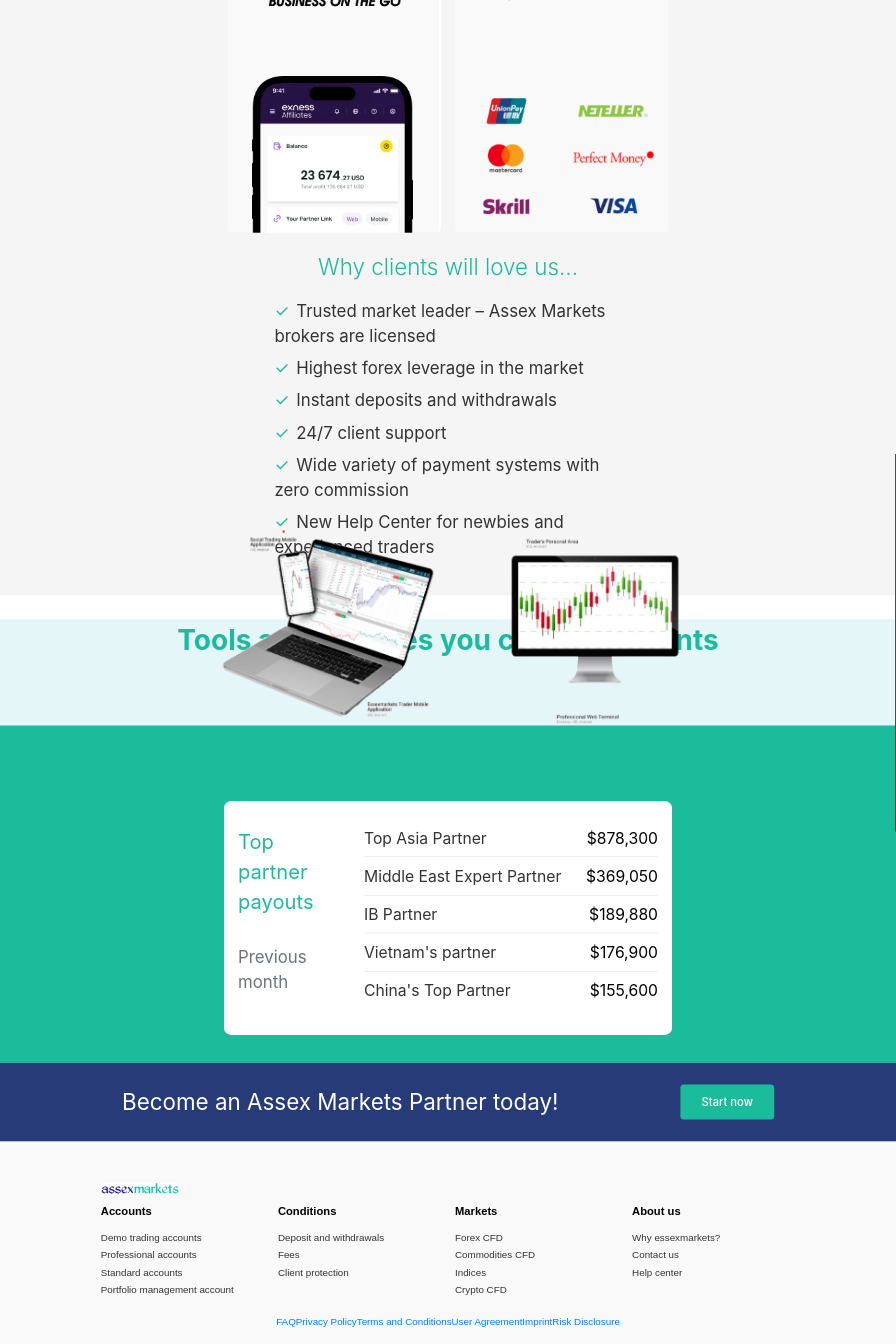
Repository: RevenewMarketing/Assex
Page: /partner
An editor plug-in stored every save of this project. The page is shown before and after the next save, followed by the edit.
The browser window is 1280 px wide. The pictures show the part of the page from y = 2898 to 4818 px (the page is 5049 px tall), at 70% of full size.
The project was rebuilt for these pictures with package versions that can differ from the ones it lists, and the page was loaded fresh each time. Also part of the build but not shown: vite.config.ts, src/pages/home/sections/HeroSection.module.css, src/pages/home/sections/HeroSection.tsx, src/pages/home/sections/Section2.tsx, src/pages/home/sections/Section3.tsx, src/pages/home/sections/Section4.tsx, src/pages/home/sections/Section5.tsx, src/pages/home/sections/Section6.tsx and 10 more.

Above is the page before, as saved 2024-11-28 01:38:13.

### index.html
<!doctype html>
<html lang="en">
  <head>
    <meta charset="UTF-8" />
    <link rel="icon" type="image/svg+xml" href="/vite.svg" />
    <meta name="viewport" content="width=device-width, initial-scale=1.0" />
    <title>Assex</title>
  </head>
  <body>
    <div id="root"></div>
    <script type="module" src="/src/main.tsx"></script>
  </body>
</html>

### src/index.css
:root {
  font-family: Inter, system-ui, Avenir, Helvetica, Arial, sans-serif;
  line-height: 1.5;
  font-weight: 400;
  color-scheme: light dark;
  color: rgba(255, 255, 255, 0.87);
  background-color: #ffffff;
  font-synthesis: none;
  max-width: 1920px;
  margin: auto;
  text-rendering: optimizeLegibility;
  -webkit-font-smoothing: antialiased;
  -moz-osx-font-smoothing: grayscale;
}

a {
  font-weight: 500;
  color: #646cff;
  text-decoration: inherit;
}

a:hover {
  color: #535bf2;
}

body {
  margin: 0;
  display: flex;
  place-items: center;
  min-width: 320px;
  min-height: 100vh;
  background-color: #FFF;
  /* align-content: center; */
  flex-direction: column;
  justify-content: flex-start;
}

h1 {
  font-size: 3.2em;
  line-height: 1.1;
}

button {
  border-radius: 8px;
  border: 1px solid transparent;
  padding: 0.6em 1.2em;
  font-size: 1em;
  font-weight: 500;
  font-family: inherit;
  background-color: #1a1a1a;
  cursor: pointer;
  transition: border-color 0.25s;
}

button:hover {
  border-color: #646cff;
}

button:focus,
button:focus-visible {
  outline: 4px auto -webkit-focus-ring-color;
}

@media (prefers-color-scheme: light) {
  :root {
    color: #213547;
    background-color: #ffffff;
  }

  a:hover {
    color: #747bff;
  }

  button {
    background-color: #f9f9f9;
  }
}

### src/App.tsx

import './App.css'
// import Navigation from './pages/home/Navigation'
import NavigationMenu from './components/navigation-menu/NavigationMenu'

import { BrowserRouter, Route, Routes } from 'react-router';
import Home from './pages/home/Home';
import Footer from './components/footer-section/Footer';
import About from './pages/about/About';
import Partner from './pages/partner/Partner';

function App() {

  return (
    <>
    <BrowserRouter>
    <NavigationMenu />
    <Routes>
      <Route path="/" element={<Home />} />
      <Route path="/about" element={<About />} />
      <Route path="/partner" element={<Partner />} />
      {/* Define other routes */}
    </Routes>
    <Footer />
  </BrowserRouter>


    </>
  )
}

export default App

### src/App.css
#root {
  max-width: 1920px;
  width: 100%;
  margin: 0 auto;
  padding: 0;
  text-align: center;
}

.logo {
  height: 6em;
  padding: 1.5em;
  will-change: filter;
  transition: filter 300ms;
}
.logo:hover {
  filter: drop-shadow(0 0 2em #646cffaa);
}
.logo.react:hover {
  filter: drop-shadow(0 0 2em #61dafbaa);
}

@keyframes logo-spin {
  from {
    transform: rotate(0deg);
  }
  to {
    transform: rotate(360deg);
  }
}

@media (prefers-reduced-motion: no-preference) {
  a:nth-of-type(2) .logo {
    animation: logo-spin infinite 20s linear;
  }
}

.card {
  padding: 2em;
}

.read-the-docs {
  color: #888;
}

/* Auth Buttons */
.authButtons {
  /* margin-left: auto; */
  display: flex;
  gap: 10px;
}

### src/pages/partner/Partner.tsx
import Section1 from "./sections/Section1"
import Section2 from "./sections/Section2"
import Section3 from "./sections/Section3"
import Section4 from "./sections/Section4"


const Partner = () => {
  return (
    <div>
      <Section1 />
      <Section2 />
      <Section3 />
      <Section4 />
    </div>
  )
}

export default Partner

### src/components/navigation-menu/NavigationMenu.module.css
.navigationContainer {
  position: relative;
  font-family: Arial, sans-serif;
}

/* Navigation Bar */
.navigationBar {
  position: fixed;
  top: 0;
  left: 0;
  width: 100%;
  display: flex;
  background-color: #ffffff;
  padding: 10px 20px;
  box-sizing: border-box;
  z-index: 1001;
  justify-content: center;
}

/* Menu Item Container */
.menuItemContainer {
  margin-right: 20px;
}

/* Menu Items */
.menuItem {
  background: none;
  border: none;
  color: rgb(34, 34, 34);
  font-size: 16px;
  cursor: pointer;
  transition: opacity 0.3s;
}

.menuItem:hover {
  opacity: 0.7;
}

.active {
  opacity: 0.5;
}



.languageSelector {
  margin-left: 20px;
  display: flex;
  align-items: center;
  font-size: 14px;
  color: #000000d8;
  cursor: pointer;
}

.globeIcon {
  margin-right: 5px;

}

/* Submenu */
.submenu {
  position: fixed;
  top: 50px;
  left: 0;
  width: 100%;
  height: 300px;
  background-color: #ffffff;
  box-shadow: 0 4px 8px rgba(0, 0, 0, 0.2);
  padding: 20px;
  box-sizing: border-box;
  z-index: 1000;
  opacity: 0;
  transform: translateY(-100%);
}

.submenuContent {
  display: flex
  ;
      justify-content: flex-start;
      gap: 10dvw;
      padding: 0 5dvw;
}

.submenuSection h4 {
  color: #0000003d;
}

.submenuSection {
  text-align: left;
}

.submenuSection a {
  color: #000000;
  text-decoration: none;
  cursor: pointer;
  transition: color 0.3s;
}

.submenuSection a:hover {
  color: #00b074;
  transition: color 0.3s;
}

/* Fade In Animation */
.fadeIn {
  animation: slide-in-top 0.3s cubic-bezier(0.25, 0.46, 0.45, 0.94) forwards;
}

@keyframes slide-in-top {
  0% {
    transform: translateY(-100%);
    opacity: 0;
  }
  100% {
    transform: translateY(0);
    opacity: 1;
  }
}

/* Fade Out Animation */
.fadeOut {
  animation: slide-out-top 0.3s cubic-bezier(0.25, 0.46, 0.45, 0.94) forwards;
}

@keyframes slide-out-top {
  0% {
    transform: translateY(0);
    opacity: 1;
  }
  100% {
    transform: translateY(-100%);
    opacity: 0;
  }
}

/* Overlay */
.overlay {
  position: fixed;
  top: 50px;
  left: 0;
  width: 100%;
  height: calc(100% - 50px);
  background: rgba(0, 0, 0, 0.5);
  z-index: 999;
  opacity: 0;
  visibility: hidden;
  transition: opacity 0.3s ease, visibility 0.3s ease;
}

.fadeInOverlay {
  opacity: 1;
  visibility: visible;
  backdrop-filter: blur(5px);
}

.fadeOutOverlay {
  opacity: 0;
  visibility: hidden;
}

/* Page Content */
.pageContent {
  /* padding: 80px 20px 20px 20px; */
  transition: opacity 0.3s;
}

.dimmed {
  opacity: 0.3;
}

### src/components/ReusableButton.tsx

import styles from './GlobalComponentStyles.module.css';

type Props = {
  link?: string;
  text: string;
  type: 'register' | 'sign-in' | 'logout' | 'profile' | 'settings' | 'help' | 'free-trial' | 'learn-more' | 'dark' | 'light';
};

export default function ReusableButton({ link, text, type }: Props) {
  return (
      <button
      style={{
        backgroundColor: type === 'register' ? '#19BC9C' :
        type === 'sign-in' ? '#F4F6F7' :
        type === 'logout' ? '#FF6347' :
        type === 'profile' ? '#FFA07A' :
        type === 'settings' ? '#FF7F50' :
        type === 'help' ? '#FFA500' :
        type === 'free-trial' ? '#FFD700' :
        type === 'learn-more' ? '#FF4500' :
        type === 'dark' ? '#4C4B4D' :
        type === 'light' ? '#fff' : '#000',
        color: type === 'dark' ? '#fff' : '#000'
      }}
        className={styles.registerButton}
        onClick={() => window.open(link, '_blank')}
      >{text}
      </button>

  );
}

### src/components/footer-section/FooterStyles.module.css
.footerContainer {
  background-color: #f9f9f9;
  color: #333;
  padding: 60px 20px;
  font-family: Arial, sans-serif;
  font-size: 14px;
  line-height: 1.8;
}

.footerContainer h4 {
  font-size: 16px;
  font-weight: bold;
  margin-bottom: 10px;
  color: #000;
  text-align: left;
  margin-top: 0;
}

.footerContainer ul {
  list-style-type: none;
  padding: 0;
  margin: 0;
  text-align: left;
}

.footerContainer ul li {
  margin-bottom: 0px;
  cursor: pointer;
}

.footerContainer ul li:hover {
  color: #00b894;
}

.footerContainer .columnsContainer {
  display: flex;
  justify-content: space-between;
  gap: 20px;
  flex-wrap: wrap;
  margin-bottom: 40px;
  width: 80%;
  margin: auto;
}

.footerContainer .columnsContainer>div {
  flex: 1;
  min-width: 180px;
  /* Ensures alignment and proper spacing */
}



.footerContainer .linksContainer {
  text-align: center;
  margin: 20px 0 30px;
}

.footerContainer .linksContainer a {
  color: #007bff;
  text-decoration: none;
  margin: 0px;
  font-size: 14px;
}

.footerContainer .linksContainer a:hover {
  text-decoration: underline;
}

.footerContainer .details {
  font-size: 12px;
  color: #666;
  line-height: 1.5;
  margin: 20px auto;
  text-align: center;
  width: 90%;
}

.footerContainer .details p {
  margin-bottom: 15px;
}

.footerContainer .logoContainer {
  text-align: left;
  margin: auto;
  width: 80%;
}

.footerContainer .logoContainer img {
  max-width: 150px;
}

.footerContainer .copyright {
  text-align: center;
  font-size: 14px;
  margin-top: 30px;
}

.details p {
  margin: 0 !important;
}

### src/pages/partner/sections/Section1.tsx
import styles from './Section1.module.css';
import backgroundImage from '../../../assets/pages/Partner/1-hero-banner-partner.jpg';

const section1Content = {
  title: "ASSEX MARKETS PARTNERSHIP PROGRAMS",
  description: "Earn a stable income by introducing clients to a global market leader",
  backgroundImage: backgroundImage, // Replace with your background image path
  buttonLink: "https://my.assexmarkets.com/auth/register",
};

const Section1: React.FC = () => {
  return (
    <section
      style={{
        backgroundImage: `url(${section1Content.backgroundImage})`,
      }}
      className={styles.section1}
    >
      <div className={styles.overlay}></div>
      <div className={styles.content}>
        <h1 className={styles.title}>{section1Content.title}</h1>
        <p className={styles.description}>{section1Content.description}</p>
        <button onClick={
          () => {
            window.open(section1Content.buttonLink, "_blank");
        }} className={styles.startButton}>Start now</button>
      </div>
      <div className={styles.details}>
        <p>2000 Partners</p>
        <p>$12 Million Paid to the partners</p>
        <p>$110K Top partner payout per month</p>
      </div>
    </section>
  );
};

export default Section1;

### src/pages/partner/sections/Section2.tsx

import styles from './Section2.module.css';
import box1 from '../../../assets/pages/Partner/2-section1-icon1.png';
import box2 from '../../../assets/pages/Partner/2-section1-icon2.png';

const section2Content = {
  title: "What we offer",
  cards: [
    {
      icon: box1,
      title: "Introducing Broker Program",
      description: "You get up to 40% of our revenue Earn up to 40% of our revenue from every active trader you refer to us. If they’re trading, you’re earning.",
      buttonText: "Learn more"
    },
    {
      icon: box2,
      title: "Affiliate Program",
      description: "You get up to $1850 of our revenue We are leading the industry with scheduled and attractive payouts. We offer a range of commission plans, so you can choose the best fit for you.",
      buttonText: "Learn more"
    }
  ]
};

const Section2: React.FC = () => {
  return (
    <section className={styles.section2}>

      <h2 className={styles.title}>{section2Content.title}</h2>
      <div className={styles.cardsContainer}>
        {section2Content.cards.map((card, index) => (

          <div key={index} className={styles.card}>
            <img src={card.icon} alt="icon" className={styles.cardIcon} />
            <h3 className={styles.cardTitle}>{card.title}</h3>
            <p className={styles.cardDescription}>{card.description}</p>
            <button className={styles.learnMoreButton}>{card.buttonText}</button>
          </div>
        ))}
      </div>
    </section>
  );
};

export default Section2;

### src/pages/partner/sections/Section3.tsx

import styles from './Section3.module.css';
import globeImage from '../../../assets/pages/Partner/3-section2-card1.png';
import cardsImage1 from '../../../assets/pages/Partner/3-section2-card2.png';
import statsImage from '../../../assets/pages/Partner/3-section2-card3.png';
import phoneImage from '../../../assets/pages/Partner/3-section2-card4.png';
import cardsImage2 from '../../../assets/pages/Partner/3-section2-card5.png';
import cardImage3 from '../../../assets/pages/Partner/3-section2-card6.png';


const section3Content = {
  title: "Why become an Assex Markets partner?",
  images: [
    globeImage,
    cardsImage1,
    statsImage,
    phoneImage,
    cardsImage2,
    cardImage3
  ],
  reasons: [
    "Trusted market leader – Assex Markets brokers are licensed",
    "Highest forex leverage in the market",
    "Instant deposits and withdrawals",
    "24/7 client support",
    "Wide variety of payment systems with zero commission",
    "New Help Center for newbies and experienced traders"
  ]
};

const Section3: React.FC = () => {
  return (
    <section className={styles.section3}>
      <h2 className={styles.title}>{section3Content.title}</h2>
      <div className={styles.featuresContainer}>
        {section3Content.images.map((image, index) => (
          <img key={index} src={image} alt="featured Images"/>
        ))}
      </div>
      <h2 className={styles.reasonsTitle}>Why clients will love us...</h2>
      <ul className={styles.reasonsList}>
        {section3Content.reasons.map((reason, index) => (
          <li key={index} className={styles.reason}>{reason}</li>
        ))}
      </ul>
    </section>
  );
};

export default Section3;

### src/pages/partner/sections/Section4.tsx
import React from 'react';
import styles from './Section4.module.css';
import devicesImage from '../../../assets/pages/Partner/4-section5-devices-image.png';

const section4Content = {
  title: "Tools and services you can offer clients",
  images: [
    {
      src: devicesImage,
      alt: "Devices"
    }
  ],
  payouts: [
    {
      partner: "Top Asia Partner",
      amount: "$878,300"
    },
    {
      partner: "Middle East Expert Partner",
      amount: "$369,050"
    },
    {
      partner: "IB Partner",
      amount: "$189,880"
    },
    {
      partner: "Vietnam's partner",
      amount: "$176,900"
    },
    {
      partner: "China's Top Partner",
      amount: "$155,600"
    }
  ],
  cta: "Become an Assex Markets Partner today!"
};

const Section4: React.FC = () => {
  return (
    <section className={styles.section4}>
      <h2 className={styles.title}>{section4Content.title}</h2>
      <div className={styles.imagesContainer}>
        {section4Content.images.map((image, index) => (
          <div key={index} className={styles.imageWrapper}>
            <img src={image.src} alt={image.alt} className={styles.image} />
          </div>
        ))}
      </div>
     <div className={styles.payoutsContainer_wrapper}>
        <div className={styles.payoutsContainer}>
          <div className={styles.payoutsContainer_context}>
            <h3 className={styles.payoutsTitle}>Top partner payouts</h3>
            <p className={styles.payoutsSubtitle}>Previous month</p>
          </div>
          <ul className={styles.payoutsList}>
            {section4Content.payouts.map((payout, index) => (
              <li key={index} className={styles.payoutItem}>
                <span className={styles.payoutPartner}>{payout.partner}</span>
                <span className={styles.payoutAmount}>{payout.amount}</span>
              </li>
            ))}
          </ul>
        </div>
     </div>
      <div className={styles.sectionFooter} >
        <p>Become an Assex Markets Partner today!</p>
        <button className={styles.ctaButton}>Start now</button>
      </div>
    </section>
  );
};

export default Section4;

### src/components/GlobalComponentStyles.module.css


.registerButton {
  background-color: #00b074;
  color: white;
  border: none;
  padding: 8px 16px;
  font-size: 14px;
  border-radius: 4px;
  cursor: pointer;
}

.signInButton {
  background-color: #f4f4f4;
  color: #333;
  border: 1px solid #ccc;
  padding: 8px 16px;
  font-size: 14px;
  border-radius: 4px;
  cursor: pointer;
}

### src/pages/partner/sections/Section1.module.css
.section1 {
  position: relative;
  background-size: cover;
  background-position: center;
  height: 760px;
  display: flex;
  align-items: center;
  justify-content: space-between;
  color: white;
  padding: 0 40px;
}

.overlay {
  position: absolute;
  top: 0;
  right: 0;
  width: 100%; /* Adjusts the gradient coverage */
  height: 100%;

  z-index: 1;
}

.content {
  position: relative;
  z-index: 2;
  max-width: 50%;
  text-align: left;
}

.content p {
  font-size: 1rem;
  line-height: 1.5;
}

.title {
  font-size: 4.5rem;
  font-weight: bold;
  margin-bottom: 20px;
  text-transform: uppercase;
}

.description {
  font-size: 2rem;
  line-height: 1.2;
  margin-bottom: 20px;
}

.startButton {
  padding: 10px 20px;
  background-color: #1ABC9C;
  color: white;
  border: none;
  border-radius: 5px;
  cursor: pointer;
  font-size: 1rem;
}

.details {
  position: relative;
  z-index: 2;
  max-width: 50%;
  text-align: left;
  margin-left: auto;
  width: 375px;
}

.details p {
  font-size: 2rem;
  line-height: 1.5;
}

### src/pages/partner/sections/Section2.module.css
.section2 {
  background-image: url("../../../assets/pages/Homepage/3-Section-3-BG.png");
  background-size: cover;
  background-position: center;
  color: white;
  padding: 40px 20px;
  text-align: center;
  min-height: 50dvh;
}

.title {
  font-size: 5rem;
  margin-bottom: 40px;
}

.cardsContainer {
  display: flex;
  justify-content: space-evenly;

}

.card {
  background-color: white;
  color: #000000;
  border-radius: 10px;
  padding: 3rem;
  flex: 1;
  max-width: 25%;
  text-align: left;
  display: flex;
  flex-direction: column;
  align-items: center;
  justify-content: space-between;
}

.cardIcon {
  width: 40px;
  margin: 0px;
  color: #1ABC9C;
  /* Blue color for the icon */
}

.cardTitle {
  font-size: 2rem;
  margin-bottom: 10px;
  color: #1ABC9C;
  font-weight: 400;
}

.cardDescription {
  font-size: 1.5rem;
  font-weight: 300;
  margin-bottom: 20px;
}

.learnMoreButton {
  padding: 10px 20px;
  background-color: #1ABC9C;
  /* Blue background for the button */
  color: white;
  border: none;
  border-radius: 5px;
  cursor: pointer;
  font-size: 1rem;
}

.learnMoreButton:hover {
  background-color: #1ABC9C;
  /* Darker blue on hover */
}

### src/pages/partner/sections/Section3.module.css
.section3 {
  background-color: #f5f5f5;
  /* Light background */
  color: #333;
  padding: 40px 20px;
  text-align: center;
}

.title {
  font-size: 5rem;
  margin-bottom: 40px;
  color: #1ABC9C;
  /* Blue color for the title */
}

.featuresContainer {
  display: flex;
  justify-content: center;
  gap: 20px;
  flex-wrap: wrap;
  margin-bottom: 40px;
  flex-direction: row;
  max-width: 65%;
  margin: auto;
  position: relative;
}

.featuresContainer img {
  transition: transform 0.3s ease;
}

.featuresContainer img:hover {
  transform: scale(1.05);
  transition: transform 0.3s ease;
  border: 1px solid #1ABC9C;
  border-radius: 10px;
}

.feature {
  background-color: white;
  border-radius: 10px;
  padding: 20px;
  flex: 1;
  max-width: 300px;
  text-align: center;
  box-shadow: 0 4px 8px rgba(0, 0, 0, 0.1);
}

.featureImage {
  max-width: 100%;
  height: auto;
  margin-bottom: 10px;
}

.featureTitle {
  font-size: 1.5rem;
  margin-bottom: 10px;
  color: #1ABC9C;
  /* Blue color for the title */
}

.featureDescription {
  list-style-type: none;
  padding: 0;
}

.featureDescription li {
  font-size: 1rem;
  margin-bottom: 5px;
}

.reasonsTitle {
  font-size: 2rem;
  margin-bottom: 20px;
  color: #1ABC9C;
  font-weight: 300;
}

.reasonsList {
  list-style-type: none;
  padding: 0;
  text-align: left;
  margin: auto;
  max-width: 40%;
}

.reason {
  font-size: 1.5rem;
  margin-bottom: 10px;
}

.reason::before {
  content: "✓";
  color: #1ABC9C;
  /* Blue color for the checkmark */
  margin-right: 10px;
}

### src/pages/partner/sections/Section4.module.css
.section4 {
  background-color: #e5f6f9;
  /* Light green background */
  color: #333;

  text-align: center;
  position: relative;
}

.title {
  font-size: 2.5rem;
  margin-bottom: 20px;
  color: #1ABC9C;
  /* Blue color for the title */
}

.imagesContainer {
  display: flex;
  justify-content: center;

  height: 10dvh;
}

.imageWrapper {
  position: relative;
  width: 100%;

}



.image {
  width: 100%;
  height: auto;
  position: absolute;
  left: 50%;
  top: 50%;
  transform: translate(-50%, -50%);
}

.payoutsContainer_wrapper {
  background-color: #1ABC9C;
  min-height: 30dvh;
  display: flex;
  align-items: center;
  justify-content: center;
  flex-direction: column;
  padding-top: 15dvh;
}

.payoutsContainer {
  background-color: white;
  padding: 20px;
  border-radius: 10px;
  max-width: 600px;
  margin: 0 auto 40px;
  text-align: left;
  display: flex;
  justify-content: space-between;
}

.payoutsContainer_context {
  width: 20%;
}

.payoutsContainer_context h3 {
  font-size: 1.8rem;
  margin: 0;
  color: #1ABC9C;
  font-weight: 400;
  margin-top: 16px;
}

.payoutsContainer_context p {
  font-size: 1.5rem;
  margin-top: 40px;
  color: #6b7280;
}

.payoutsContainer ul {
  width: 70%;
}

.payoutsTitle {
  font-size: 1.5rem;
  margin-bottom: 10px;
  color: #1ABC9C;
  /* Blue color for the title */
}

.payoutsSubtitle {
  font-size: 1rem;
  margin-bottom: 20px;
  color: #6b7280;
  /* Gray color for the subtitle */
}

.payoutsList {
  list-style-type: none;
  padding: 0;
}

.payoutItem {
  display: flex;
  justify-content: space-between;
  margin-bottom: 10px;
  border-bottom: 1px solid #e5e7eb;
  padding-bottom: 10px;
}

.payoutItem:last-child {
  border-bottom: none;
  padding-bottom: 0;
}

.payoutPartner {
  font-size: 1.4rem;
  color: #333;
}

.payoutAmount {
  font-size: 1.4rem;
  color: #000000;
  /* Blue color for the amount */
}

.sectionFooter {
  width: 100%;
  background-color: #283B79;
  /* padding: 20px; */
  color: white;
  display: flex;
  flex-direction: row;
  flex-wrap: wrap;
  justify-content: space-evenly;
  align-items: center;
}

.sectionFooter p {
  font-size: 2rem;
}

.ctaButton {
  padding: 15px 30px;
  background-color: #1ABC9C;
  /* Blue background for the button */
  color: white;
  border: none;
  border-radius: 5px;
  cursor: pointer;
  font-size: 1rem;
  position: relative;
  z-index: 1;
}

.ctaButton:hover {
  background-color: #1ABC9C;
  /* Darker blue on hover */
}

Loaded but not shown: src/main.tsx (common file); src/components/navigation-menu/NavigationMenu.tsx (254 lines, source omitted); src/components/footer-section/Footer.tsx (87 lines, source omitted)

After the next save:
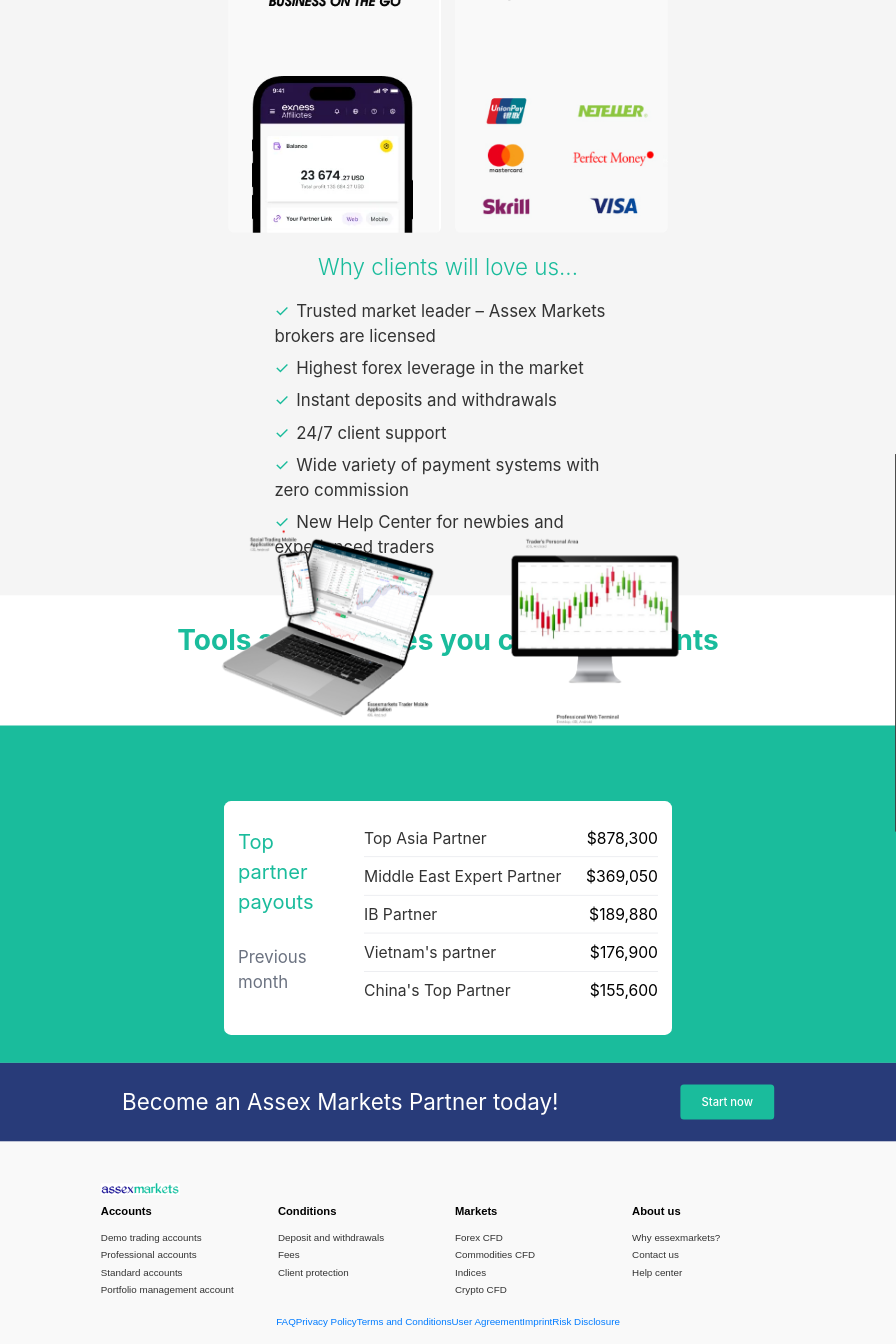
Saved 6 s later.
--- a/src/pages/partner/sections/Section4.module.css
+++ b/src/pages/partner/sections/Section4.module.css
@@ -1,5 +1,5 @@
 .section4 {
-  background-color: #e5f6f9;
+  background-color: #ffffff;
   /* Light green background */
   color: #333;
 
